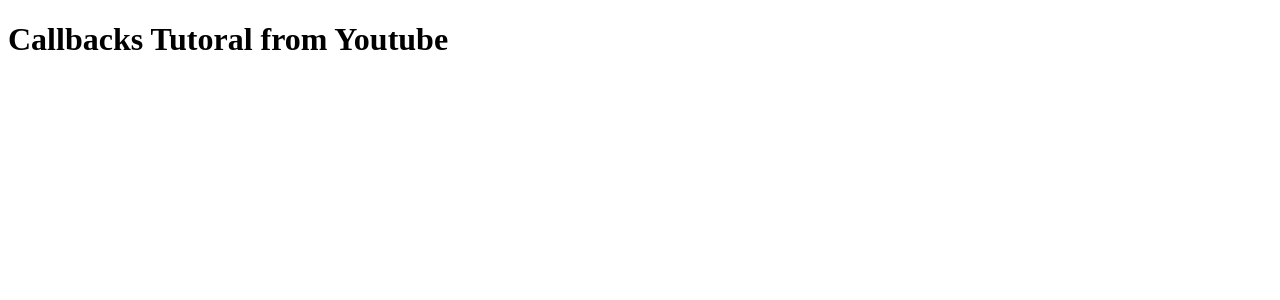
Repository: KittyMcDonagh/Callbacks
Page: index-cb.html
The author's editor kept a record of every edit. The page is drawn from the files as they stood at one moment, then again after the next edit.
The browser window is 1280 px wide. The pictures show the whole page.

Above is the page before.

### index-cb.html
<!DOCTYPE html>
<html lang="en">

<head>
    <meta charset="UTF-8">
    <meta name="viewport" content="width=device-width, initial-scale=1.0">
    <meta http-equiv="X-UA-Compatible" content="ie=edge">

    <title>Async Js</title>
</head>

<body>
    <h1>Callbacks Tutoral from Youtube</h1>

    <script src="callbacks.js"></script>
</body>

### callbacks.js
// Example 3 – Add Timeouts to mimic call to the server

const posts = [
    { title: "Post One", body: "Existing Post" },
    { title: "Post Two", body: "Existing Post" }

];


// Function 1 - Create a new post

function createPost(post, callback) {
         setTimeout(function() {
            let output = '';
            posts.push(post);

         }, 2000);

}


// Function 2 -Display all posts

function getPosts() {

        setTimeout(function() {
            let output = '';
            posts.forEach(function(post) {
                output += `<p><strong>${post.title}</strong> = ${post.body}</p>`;
            });
            document.body.innerHTML = output;
        }, 1000);
}


// Call Function 1 to Create a post

createPost({ title: "Post Three", body: "Newly Created Post" }, getPosts);

After the next edit:
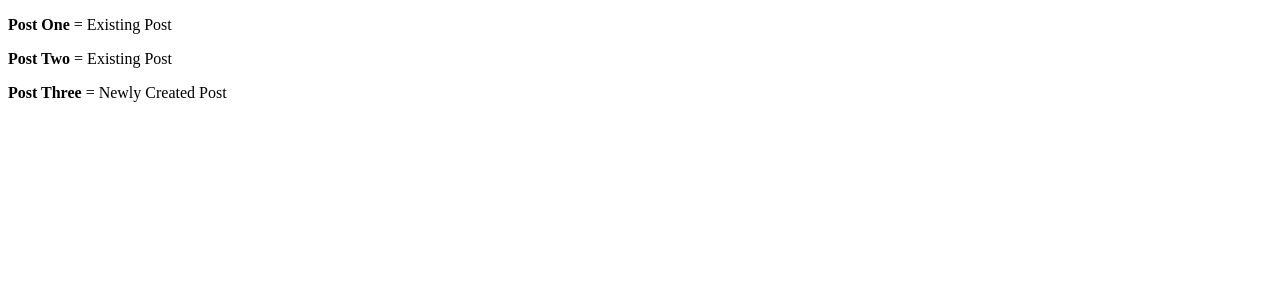
The edit:
--- a/callbacks.js
+++ b/callbacks.js
@@ -13,7 +13,7 @@
          setTimeout(function() {
             let output = '';
             posts.push(post);
-
+            callback();
          }, 2000);
 
 }
